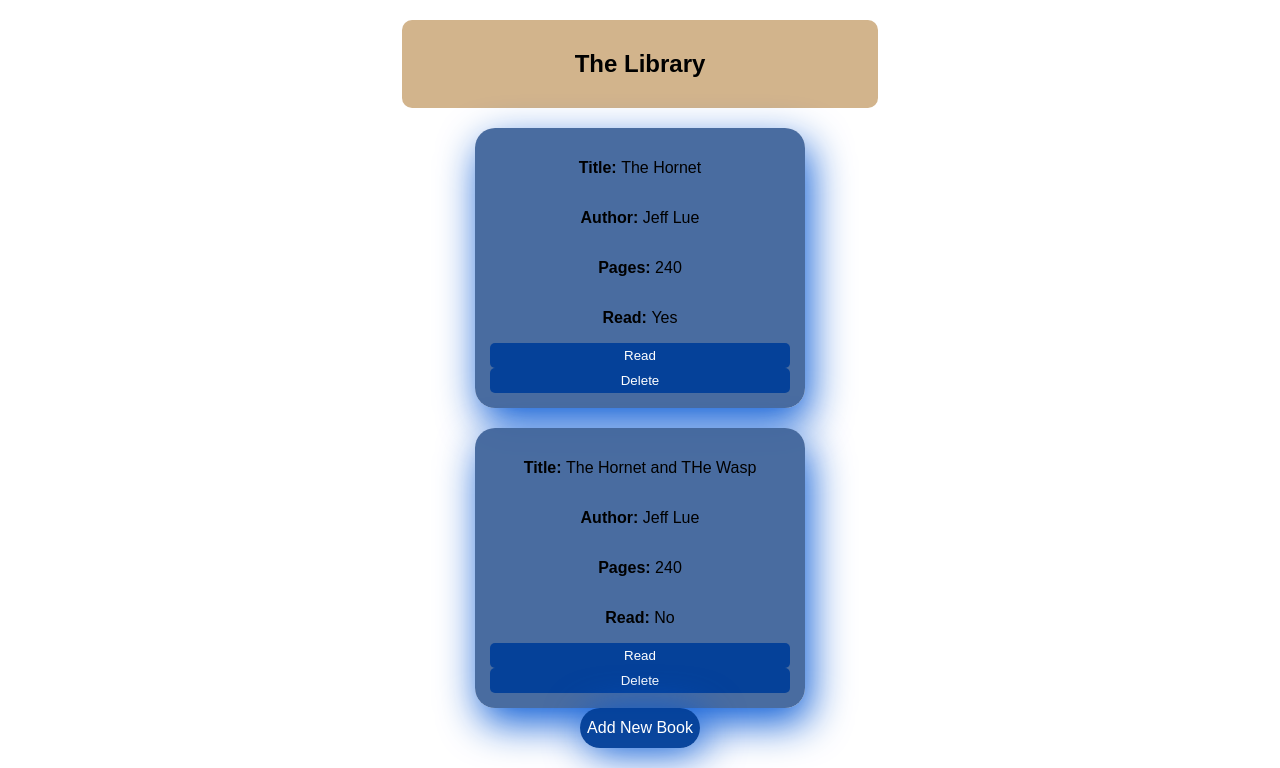
Repository: ErvinClay13/Library
Page: index.html
An editor plug-in stored every save of this project. The page is shown before and after a run of saves, followed by the edit.
The browser window is 1280 px wide. The pictures show the whole page.

Above is the page before, as saved 2025-01-11 04:53:15.

### index.html
<!DOCTYPE html>
<html lang="en">
<head>
    <meta charset="UTF-8">
    <meta name="viewport" content="width=device-width, initial-scale=1.0">
    <link rel="stylesheet" href="style.css">
    <link
      rel="icon"
      type="image/png"
      sizes="32x32"
      href="images/myLogo.png"
    />
    <title>The Library</title>
</head>
<body>
    <div class="container">
        <div class="heading">
            <h2>The Library</h2>
        </div>

            <div class="content" id="content"></div>

            <dialog id="myDialog">
                <div class="input">
                <form method="dialog" id="form">
                    <label for="title">Title</label>
                    <input type="text"
                           id="title"
                           name="title"
                           required>

                    <label for="author">Author</label>
                    <input type="text"
                           id="author"
                           name="author"
                           required>

                    <label for="pages">Pages</label>
                    <input type="number"
                           id="pages"
                           name="pages"
                           required>

                    <label for="read">Read</label>
                    <input type="checkbox"
                           name="read"
                           id="isRead">

                    <button type="submit" id="submit">Submit</button>
                    <div class="cancel" id="cancel">Cancel</div>


                </form>
            </div>
        </dialog>
        <footer><button id="addBook">Add New Book</button></footer>
    </div>

    <script src="script.js"></script>
</body>
</html>

### style.css
body {
    display: flex;
    justify-content: center;
    align-items: center;
    flex-direction: column;
    background-color: white;
    margin: 0;
    font-family: Arial, sans-serif;
}

.container {
    display: flex;
    flex-direction: column;
    align-items: center;
    padding: 20px;
}

.heading {
    display: flex;
    justify-content: space-between;
    justify-content: center;
    background-color: tan;
    /* background-color: #42669df5; */
    /* box-shadow: 5px 5px 40px #0055d4f5; */
    width: 100%;
    max-width: 800px;
    padding: 10px 20px;
    border-radius: 10px;
    margin-bottom: 20px;
}

#addBook {
    background-color: #03409af5;
    box-shadow: 5px 5px 40px #0055d4f5;
    height: 40px;
    width: 120px;
    border-radius: 20px;
    border: none;
    font-size: 16px;
    color: white;
    cursor: pointer;
}

#addBook:hover {
    transform: scale(1.1);
    box-shadow: 2px 5px 40px #7800d4f5;
}

#content {
    display: flex;
    flex-wrap: wrap;
    gap: 20px;
    justify-content: center;
    width: 100%;
}

.card {
    display: flex;
    flex-direction: column;
    justify-content: space-between;
    text-align: center;
    border-radius: 20px;
    padding: 15px;
    background-color: #42669df5;
    width: 100%;
    max-width: 300px;
    box-shadow: 5px 15px 40px #0055d4f5;
}

.card-details {
    margin-bottom: 10px;
}

.card-buttons {
    display: flex;
    justify-content: space-between;
    gap: 10px;
}

.read, .delete {
    flex: 1;
    padding: 5px 10px;
    border: none;
    border-radius: 5px;
    color: white;
    background-color: #03409af5;
    cursor: pointer;
}

.read:hover, .delete:hover {
    background-color: #254a81f5;
}

.read:active, .delete:active {
    background-color: #42669df5;
}

dialog {
    background-color: #fefefe;
    padding: 20px;
    border: none;
    border-radius: 10px;
    box-shadow: 0px 5px 15px rgba(0, 0, 0, 0.5);
}

form {
    display: flex;
    flex-direction: column;
    gap: 10px;
}

input[type="text"], input[type="number"] {
    padding: 5px;
    border-radius: 5px;
    border: 1px solid #ccc;
}

button {
    cursor: pointer;
}

/* Responsive Styles */
@media (max-width: 768px) {
    .heading {
        flex-direction: column;
        align-items: center;
    }

    #content {
        gap: 15px;
    }

    .card {
        max-width: 100%;
    }
}

### script.js
const dialog = document.getElementById('myDialog');
const form = document.getElementById('form');
const content = document.getElementById('content');
const submit = document.getElementById('submit');
const addBook = document.getElementById('addBook');
const cancel = document.getElementById('cancel');

const myLibrary = [];

const theHornet = new Book('The Hornet', 'Jeff Lue', 240, true);
const theHornetAndTheWasp = new Book('The Hornet and THe Wasp', 'Jeff Lue', 240, false);

myLibrary.push(theHornet);
myLibrary.push(theHornetAndTheWasp);


function Book(title, author, pages, read) {
    this.title = title;
    this.author = author;
    this.pages = pages;
    this.read = read;
}

Book.prototype.info = function() {
    return `${this.title} ${this.author} ${this.pages} ${this.read}`;
}


Book.prototype.toggleRead = function() {
    this.read = !this.read;
}



addBook.addEventListener("click", () => {
    dialog.showModal();
});

cancel.addEventListener("click", () => {
    dialog.close();
});

submit.addEventListener("click", (event) => {
    event.preventDefault();

    const title = document.getElementById('title').value;
    const author = document.getElementById('author').value;
    const pages = document.getElementById('pages').value;
    const read = document.getElementById('isRead').checked;

    const newBook = new Book(title, author, pages, read);
    myLibrary.push(newBook);

    form.reset();
    showBooks();
    dialog.close();
});

function showBooks() {

    content.innerHTML = '';

    myLibrary.forEach((book, index) => {                   //going through the array myLibrary
        const card = document.createElement('div');        //creating a new card for each book created through the modal
        card.classList.add('card');                        //adding card to the class

        card.innerHTML =                                      //creating the text that will be displayed on the card
            `<p><strong>Title: </strong>${book.title}</p>
             <p><strong>Author: </strong>${book.author}</p>
             <p><strong>Pages: </strong>${book.pages}</p>
             <p><strong>Read: </strong>${book.read ? 'Yes' : 'No'}</p>`;   //using the user input to create the new book on the card

        const deleteBtn = document.createElement('button');
        deleteBtn.classList.add('delete');
        deleteBtn.textContent = ('Delete');

        deleteBtn.addEventListener("click", () => {
            myLibrary.splice(index, 1);
            showBooks();
        });

        const read = document.createElement('button');
        read.classList.add('read');
        read.textContent = ('Read');

        read.addEventListener("click", () => {
            book.toggleRead();
            showBooks();
        });

        card.appendChild(read);
        card.appendChild(deleteBtn);
        content.appendChild(card);


    })
}

showBooks();

After the next 5 saves:
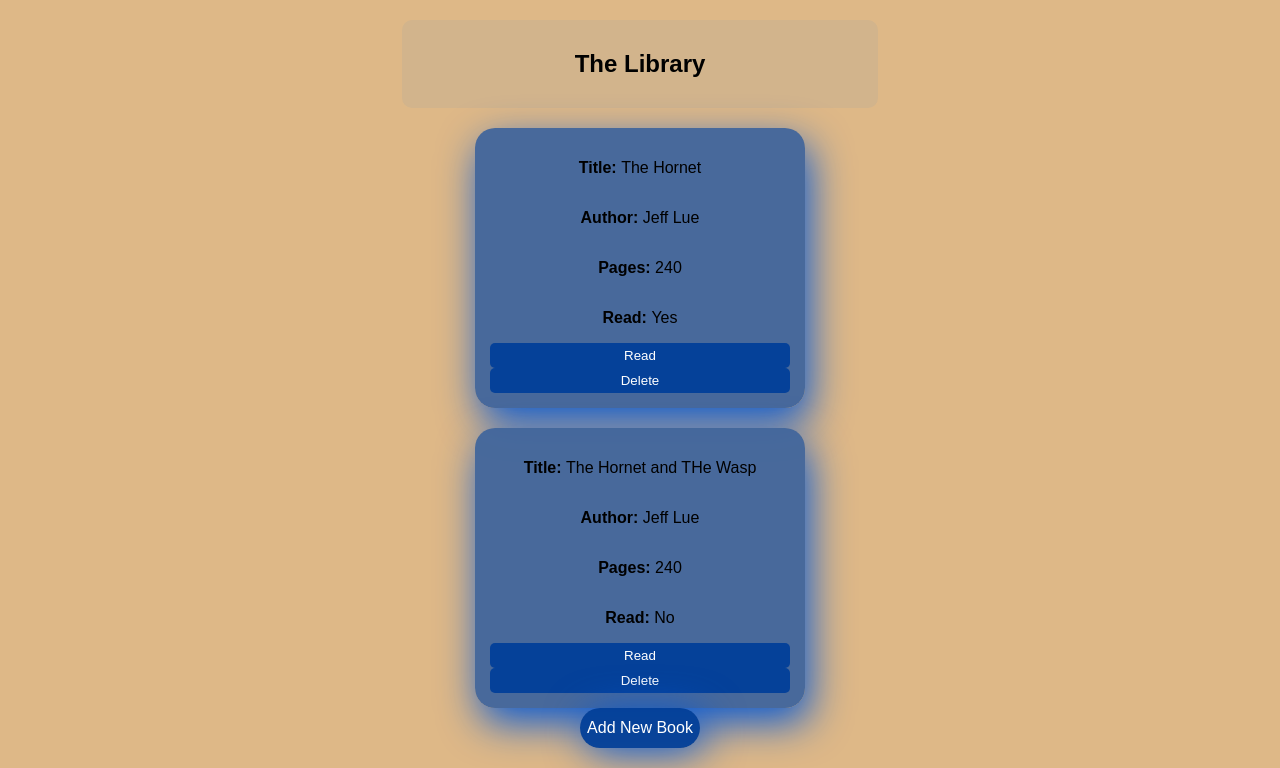
The 5 saves are shown as one change because they came seconds apart.
The last was saved 23 s later.
--- a/style.css
+++ b/style.css
@@ -3,7 +3,8 @@ body {
     justify-content: center;
     align-items: center;
     flex-direction: column;
-    background-color: white;
+    /* background-color: white; */
+    background-color: burlywood;
     margin: 0;
     font-family: Arial, sans-serif;
 }
